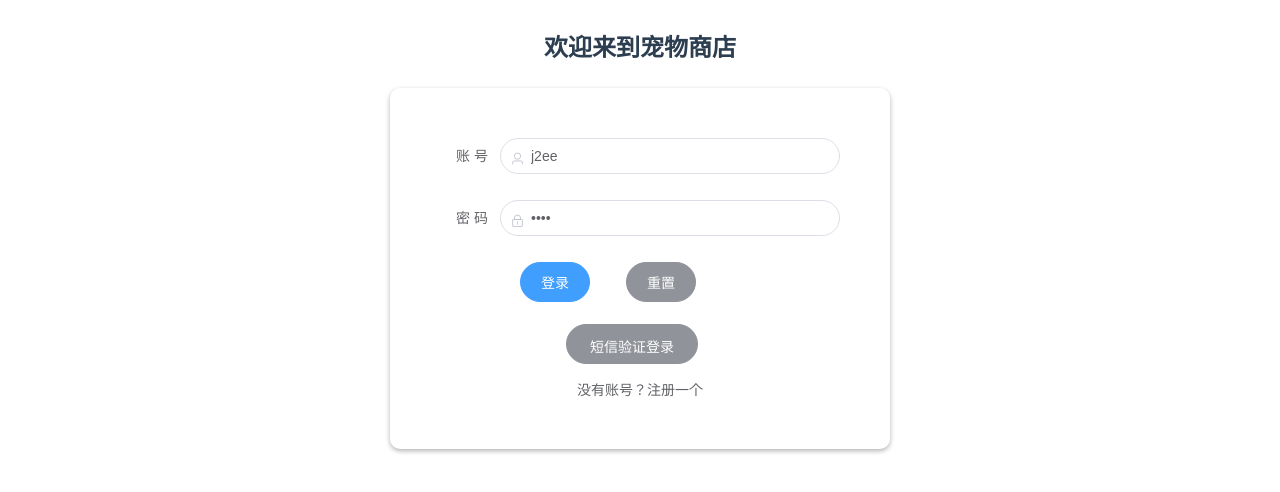
Repository: BreezeDoudou/hellovue
Page: /
These files come from the project's save history. The page is drawn as it stood at one moment and after the next save; the edit follows.
The browser window is 1280 px wide. The pictures show the whole page.
The project was rebuilt for these pictures with package versions that can differ from the ones it lists, and the page was loaded fresh each time. Also part of the build but not shown: src/components/appcomonents/test.vue, src/views/index.vue, src/components/appcomonents/navbar.vue, src/components/HelloWorld.vue, src/components/account/selfaccount.vue, src/components/account/editForm.vue, src/components/appcomonents/main.vue, src/components/appcomonents/productForm.vue and 4 more. Imported but missing from the stored project, and not drawn on this page: src/components/appcomonents/menu.vue.

Above is the page before, as saved 2023-05-18 23:27:41.

### index.html
<!DOCTYPE html>
<html>
  <head>
    <meta charset="utf-8">
    <meta name="viewport" content="width=device-width,initial-scale=1.0">
    <title>hellovue</title>
  </head>
  <body>
    <div id="app"></div>
    <!-- built files will be auto injected -->
  </body>
</html>

### src/main.js
// The Vue build version to load with the `import` command
// (runtime-only or standalone) has been set in webpack.base.conf with an alias.
import Vue from 'vue';
import ElementUI from 'element-ui';
import 'element-ui/lib/theme-chalk/index.css';
import App from './App.vue';
import router from './router'
import axios from 'axios'
Vue.use(ElementUI);

axios.defaults.baseURL='http://localhost:8080'
axios.defaults.withCredentials='true'

Vue.prototype.$http =axios
Vue.prototype.$userid =''
new Vue({
  el: '#app',
  router,
  template: '<App/>',
  components: { App }
});

### src/App.vue
<template>
  <div id="app">

    <el-container>
  <el-header><h2>欢迎来到宠物商店</h2>
     </el-header>
  <el-main><router-view></router-view></el-main>
</el-container>
    <!-- 路由占位符 -->


  </div>
</template>

<script>
import login from './components/account/login.vue'
import Views from './views/index.vue';
import navbar from './components/appcomonents/navbar.vue'
import menu from './components/appcomonents/menu.vue';
export default {
    name: "App",
    components: { Views ,navbar,login,menu}
}
</script>

<style>
#app {
  font-family: 'Avenir', Helvetica, Arial, sans-serif;
  -webkit-font-smoothing: antialiased;
  -moz-osx-font-smoothing: grayscale;
  text-align: center;
  color: #2c3e50;
  margin-top: 0px;
}
</style>

### src/router/index.js
import Vue from 'vue'
import Router from 'vue-router'
import login from '../components/account/login.vue'
import HelloWorld from '../components/HelloWorld.vue'
import register from '../components/account/register.vue'
import phone from '../components/account/loginbyphone.vue'
import index from '../views/index.vue'
import test from '../components/appcomonents/test.vue'
import selfaccount from '../components/account/selfaccount.vue'
import editForm from '../components/account/editForm.vue'
import main from '../components/appcomonents/main.vue'
import productForm from '../components/appcomonents/productForm.vue'
import itemForm from '../components/appcomonents/itemForm.vue'
import test1 from '../components/account/test1.vue'
import cart from '../components/appcomonents/cart.vue'
import order from '../components/appcomonents/order.vue'
Vue.use(Router)

export default new Router({
  mode: 'history',
  routes: [

    {

      path: '/hello',
      component: HelloWorld
    },
    {
      path: '/',
      component: login,
    },
    {
      path: '/phone',
      component: phone,
    },
    {
      path: '/register',
      component: register
    },
    {
      path:'/test',
      component:test
    },
    {
      path:'/test1',
      component:test1
    },
    {
      path:'/index',
      component:index,
      children:[
        {
          path:'/',
          component:main
        },
        {
          path:'/selfaccount',
          component:selfaccount
        },
        {
          path:'/edit',
          component:editForm
        },
        {
          path:'/productForm',
          component:productForm,
        },
        {
          path:'/itemForm',
          component:itemForm
        },
         {
          path:'/cart',
          component:cart
         },
         {
          path:'/order',
          component:order
         }
      ]
    }

  ]

})

### src/components/account/login.vue

  <template>

        <el-form :model="ruleForm" :rules="rules" ref="ruleForm" label-width="60px"  hide-required-asterisk size="medium"
     validate-on-rule-change>
    <el-form-item label="账  号" prop="username">
     <el-input v-model="ruleForm.username" prefix-icon="el-icon-user" ></el-input>
    </el-form-item>
    <el-form-item label="密  码" prop="password">
     <el-input v-model="ruleForm.password" prefix-icon= "el-icon-lock" type="password"></el-input>
    </el-form-item>
    <el-form-item id="button1">
        <el-button type="primary" round @click="onSubmit" >登录</el-button>
        <el-button type="info" round @click="resetForm">重置</el-button>
  </el-form-item>
  <el-button type="info" round @click="change">短信验证登录</el-button>
  <el-link href="/register" target="_blank">没有账号？注册一个</el-link>
  </el-form>

</template>
  <script>

    export default {
      data() {
        return {
            ruleForm: {
            username:'j2ee',
            password:'j2ee'

          },
          rules: {
          username: [
            { required: true, message: '请输入用户名', trigger: 'blur' },
            { min: 4, max: 10, message: '长度在 4 到 10 个字符', trigger: 'blur' }
          ],
          password: [
            { required: true, message: '密码不能为空', trigger: 'blur'}
          ],

        }
        }

      },
      methods: {
         resetForm(){
            console.log(this);
            this.$nextTick(() => {
        this.$refs['ruleForm'].resetFields();
      })
         },

        onSubmit() {
            this.$refs['ruleForm'].validate(async vali=>{
                if(!vali)return;
              const result= await this.$http.post('/Account',this.ruleForm);
              console.log(result.data)
              if(result.data.status!=0) this.$message({
          message: '账号或密码错误',
          type: 'warning'})
             else {this.$message({
          message: '登陆成功',
          type: 'success'})
          console.log(result.data.data.userid)
          this.$userid = result.data.data.userid;
          this.$router.push('/index?userid='+result.data.data.userid)

             }


            })
      },
      change(){
        this.$router.push('/phone')
      }

    }
}
  </script>
  <style>
.el-form {
    max-width: 400px;
    margin: 0 auto;
    padding: 50px;
    background-color: #fff;
    border-radius: 10px;
    box-shadow: 0 2px 5px rgba(0, 0, 0, 0.3);
  }

  /* 设置表单项之间的间距 */
  .el-form-item {
    margin-bottom: 30 px;
  }

  /* 利用 !important 强制更改样式的圆角为 20px */
  .el-input__inner,
  .el-button {
    border-radius: 20px !important;
  }

  /* 设置登录按钮样式 */
  .el-button[type="primary"] {
    width: 100%;
    height: 40px;
    border: none;
    margin-top: 30px;
    background-color: #1189FF;
  }

  /* 设置注册链接的样式 */
  .el-link {
    margin-top: 15px;
    display: block;
    text-align: center;
    color: #999;
  }

  /* 设置短信登录按钮的样式 */
  .el-button[type="info"] {
    height: 40px;
    margin-right: 10px;
  }

  .el-form-item.is-required:first-child .el-form-item__label {
    display: inline-block;
  }


  /* flex布局 */
  .el-form-item__content {
    display: flex;
    justify-content: space-between;
    align-items: center;
  }

  /* 调整input的宽度 */
  #authcode {
    width: 100%;
  }

  /* 设置发送验证码按钮位置 */
  .el-form-item__content .el-button {
    margin-left: 20px; /* 根据需要更改间距 */
  }

  #button1{
    display: flex;
  }

</style>

### src/components/account/register.vue
<template>
    <el-form :model="registerForm" :rules="rules" ref="registerForm" label-width="100px" size="medium"
        validate-on-rule-change hide-required-asterisk status-icon>
        <h1>注册你的账号</h1>
        <el-form-item label="账  号" prop="userid">
            <el-input v-model="registerForm.userid" prefix-icon="el-icon-user"></el-input>
        </el-form-item>
        <el-form-item label="密码" prop="password">
            <el-input v-model="registerForm.password"></el-input>
        </el-form-item>
        <el-form-item label="重复密码" prop="repetpassword">
            <el-input v-model="registerForm.repetpassword"></el-input>
        </el-form-item>
        <el-form-item label="邮箱" prop="email">
            <el-input v-model="registerForm.email"></el-input>
            <el-button type="primary" @click="send">发送验证码</el-button>
        </el-form-item>
        <el-form-item label="邮箱验证码" prop="authcode">
            <el-input v-model="registerForm.authcode"></el-input>
        </el-form-item>
        <el-form-item label="手机号" prop="phone">
            <el-input v-model="registerForm.phone"></el-input>
        </el-form-item>
        <el-form-item label="姓" prop="firstname">
            <el-input v-model="registerForm.firstname"></el-input>
        </el-form-item>
        <el-form-item label="名" prop="lastname">
            <el-input v-model="registerForm.lastname"></el-input>
        </el-form-item>
        <el-form-item label="地址一" prop="addr1">
            <el-input v-model="registerForm.addr1"></el-input>
        </el-form-item>
        <el-form-item label="地址二" prop="addr2">
            <el-input v-model="registerForm.addr2"></el-input>
        </el-form-item>
        <el-form-item label="城市" prop="city">
            <el-input v-model="registerForm.city"></el-input>
        </el-form-item>
        <el-form-item label="区域" prop="state">
            <el-input v-model="registerForm.state"></el-input>
        </el-form-item>
        <el-form-item label="是否为管理员" prop="status">
            <el-input v-model="registerForm.status"></el-input>
        </el-form-item>
        <el-form-item label="地区编号" prop="zip">
            <el-input v-model="registerForm.zip"></el-input>
        </el-form-item>
        <el-form-item label="国家" prop="country">
            <el-input v-model="registerForm.country"></el-input>
        </el-form-item>
        <el-form-item>
            <el-button type="primary" @click="onSubmit">立即创建</el-button>
            <el-button @click="back">返回登陆</el-button>
        </el-form-item>
    </el-form>
</template>

<script>
export default {
    data() {var validatePass2 = (rule, value, callback) => {
            if (value === '') {
                callback(new Error('请再次输入密码'));
            } else if (value !== this.registerForm.password) {
                callback(new Error('两次输入密码不一致!'));
            } else {
                callback();
            }
        };
        var validateUserid = (rule, value, callback) => {
            if (value === '') { callback(new Error('请输入账号')) }
            else {
                this.$http.get('/isAccountExit', {
                    params: {
                        account: value
                    }}).then(
                        success => {
                            console.log(success.data)
                            if(success.data.data==='账号已存在'){
                                callback(new Error('账号此存在'))
                            }
                            else{
                                callback()
                            }
                        }
                    )

            }

        };
        return {
            registerForm: {
                userid: 'test',
                password: 'test',
                lastname: 'test',
                email: '2210530985@qq.com',
                authcode: '4455',
                authcode_1: 'test',
                firstname: 'test',
                state: 'test',
                status: 'ok',
                repetpassword: 'test',
                city: 'test',
                country: 'test',
                zip: 'test',
                phone: '18710413658',
                addr1: 'test',
                addr2: 'test'
            },
            rules: {
                userid: [
                    {
                        validator: validateUserid, trigger: 'blur'
                    }
                ],

                phone: [
                    { required: true, message: '请输入手机号', trigger: 'blur' },
                    { min: 11, max: 11, message: '请输入正确的手机号', trigger: 'blur' }
                ],
                password: [
                    { required: true, message: '密码不能为空', trigger: 'blur' }
                ],
                lastname: [
                    { required: true, message: '名不能为空', trigger: 'blur' },
                ],
                email: [
                    { required: true, message: '邮箱不能为空', trigger: 'blur' },
                    { type: 'email', message: '请输入正确的邮箱地址', trigger: ['blur', 'change'] }
                ],
                authcode: [
                    { required: true, message: '验证码不能为空', trigger: 'blur' },
                ],
                firstname: [
                    { required: true, message: '姓氏不能为空', trigger: 'blur' },
                ], state: [
                    { required: true, message: '州不能为空', trigger: 'blur' },
                ], status: [
                    { required: true, message: '权限不能为空', trigger: 'blur' },
                ],
                country: [
                    { required: true, message: '国家不能为空', trigger: 'blur' },
                ],
                repetpassword: [
                    {
                        validator: validatePass2, trigger: 'blur'
                    }
                ]


            }
        };




    },
    methods: {
        onSubmit() {
            console.log(this.registerForm);
            this.$refs['registerForm'].validate(async vali=>{
             if(!vali)
               return;
               const result =await this.$http.post('/newAccount',this.registerForm,{
                params:{
                    authcode:this.registerForm.authcode,
                    password:this.registerForm.password
                }
               })
               console.log(result.data)
        })
    },
        back() {
            this.$router.push('/')
        },
        resetForm() {

            this.$nextTick(() => {
                this.$refs['registerForm'].resetFields();
            })
        },
        send(){
             if(this.registerForm.email!=''){
                this.$http.get('/email',{
                    params:{
                        email:this.registerForm.email}
                    }).then(
                        success=>{console.log(success.data),
                        this.$message({ message: '发送成功',
                            type: 'success'})}

                    )
                }
             }
        }
    }

</script>

<style>
/* 注册表单样式 */
.el-form {
  width: 600px;
  margin: 50px auto;
  padding: 30px;
  border-radius: 8px;
  box-shadow: 0 5px 20px rgba(0, 0, 0, 0.2);
  background-color: #ffffff;
}

/* 表单标题样式 */
.el-form h1 {
  margin-bottom: 18px;
  font-size: 24px;
  font-weight: bold;
}

/* 表单输入控件样式 */
.el-input {
  width: 100%;
  height: 40px;
  border-radius: 4px;
  font-size: 14px;
  line-height: 1.5;
}

/* 输入框prefix-icon样式 */
.el-input__prefix {
  color: #c0c4cc;
}

/* 发送验证码按钮样式 */
.el-button--primary {
  margin-left: 12px;
  height: 40px;
  line-height: 38px;
  font-size: 14px;
}

/* 按钮样式 */
.el-button {
  height: 40px;
  line-height: 20px;
  font-size: 14px;
  margin-right: 16px;
  border-radius: 4px;
}

/* 返回链接样式 */
.el-form-item__content > a {
  color: #409eff;
  font-size: 14px;
}

/* 错误提示样式 */
.el-form-item__error {
  font-size: 14px;
  color: #f56c6c;
}

/* 验证成功图标样式 */
.el-icon-check {
  color: #67c23a;
}

/* 验证失败图标样式 */
.el-icon-close {
  color: #f56c6c;
}

.el-form-item__content {
  display: flex;
  align-items: center;
}

.el-input {
  flex: 1; /* 占据剩余空间 */
}

.el-button--primary {
  margin-left: 10px;
}
</style>

### src/components/account/loginbyphone.vue
<template>
    <el-form :model="ruleForm" :rules="rules" ref="ruleForm" label-width="60px" hide-required-asterisk size="medium"
        validate-on-rule-change>
        <el-form-item label="手机号" prop="phone">
            <el-input v-model="ruleForm.phone" prefix-icon="el-icon-phone"></el-input>
        </el-form-item>
        <el-form-item label="验证码" prop="authcode">
            <el-input v-model="ruleForm.authcode" prefix-icon="el-icon-s-promotion" id="authcode"></el-input>
            <el-button type="primary" round @click="send" size="small">发送验证码</el-button>
        </el-form-item>
        <el-form-item id="button1">
            <el-button type="primary" round @click="onSubmit">登录</el-button>
            <el-button type="info" round @click="resetForm">重置</el-button>
        </el-form-item>
        <el-button type="info" round @click="change">账号密码登录</el-button>
        <el-link href="/register" target="_blank">没有账号？注册一个</el-link>
    </el-form>
</template>
<script>

export default {
    data() {
        return {
            ruleForm: {
                phone: '18710413658',
                authcode: '',
                authcode_1: ''
            },
            rules: {
                phone: [
                    { required: true, message: '请输入手机号', trigger: 'blur' },
                    { min: 11, max: 11, message: '请输入正确的手机号', trigger: 'blur' }
                ],
                password: [
                    { required: true, message: '验证码不能为空', trigger: 'blur' },
                    { min: 4, max: 4, message: '请输入正确的验证码', trigger: 'blur' }
                ],

            }
        }

    },
    methods: {
        resetForm() {
            console.log(this);
            this.$nextTick(() => {
                this.$refs['ruleForm'].resetFields();
            })
        },

        onSubmit() {
            this.$refs['ruleForm'].validate(async vali => {
                if (!vali) return;
                const result = await this.$http.get('/Phone', {
                    params: {
                        Phone: this.ruleForm.phone,
                        Authcode: this.ruleForm.authcode
                    }
                });
                console.log(result.data)
                if (result.data.status != 0) this.$message({
                    message: '验证码错误',
                    type: 'warning'
                })
                else this.$message({
                    message: '登陆成功',
                    type: 'success'
                })
            })
        },

        change() {
            this.$router.push('/')
        },
        send() {
            if (this.ruleForm.phone != '' && this.ruleForm.phone.length == 11) {
                this.$http.get('/message', {
                    params: {
                        Phone: this.ruleForm.phone
                    }
                }).then(
                    succuess => {
                        console.log(succuess.data)
                        this.ruleForm.authcode_1 = 3344
                        this.$message({
                            message: '发送成功',
                            type: 'success'
                        })
                    }
                )

            }

        }


    }
}
</script>
<style>
.el-form {
    max-width: 400px;
    margin: 0 auto;
    padding: 50px;
    background-color: #fff;
    border-radius: 10px;
    box-shadow: 0 2px 5px rgba(0, 0, 0, 0.3);
  }

  /* 设置表单项之间的间距 */
  .el-form-item {
    margin-bottom: 30 px;
  }

  /* 利用 !important 强制更改样式的圆角为 20px */
  .el-input__inner,
  .el-button {
    border-radius: 20px !important;
  }

  /* 设置登录按钮样式 */
  .el-button[type="primary"] {
    width: 100%;
    height: 40px;
    border: none;
    margin-top: 30px;
    background-color: #1189FF;
  }

  /* 设置注册链接的样式 */
  .el-link {
    margin-top: 15px;
    display: block;
    text-align: center;
    color: #999;
  }

  /* 设置短信登录按钮的样式 */
  .el-button[type="info"] {
    height: 40px;
    margin-right: 10px;
  }

  .el-form-item.is-required:first-child .el-form-item__label {
    display: inline-block;
  }

  /* flex布局 */
  .el-form-item__content {
    display: flex;
    justify-content: space-between;
    align-items: center;
  }

  /* 调整input的宽度 */
  #authcode {
    width: 100%;
  }

  /* 设置发送验证码按钮位置 */
  .el-form-item__content .el-button {
    margin-left: 20px; /* 根据需要更改间距 */
  }

  #button1{
    display: flex;
    align-items: center;
  }
</style>

After the next save:
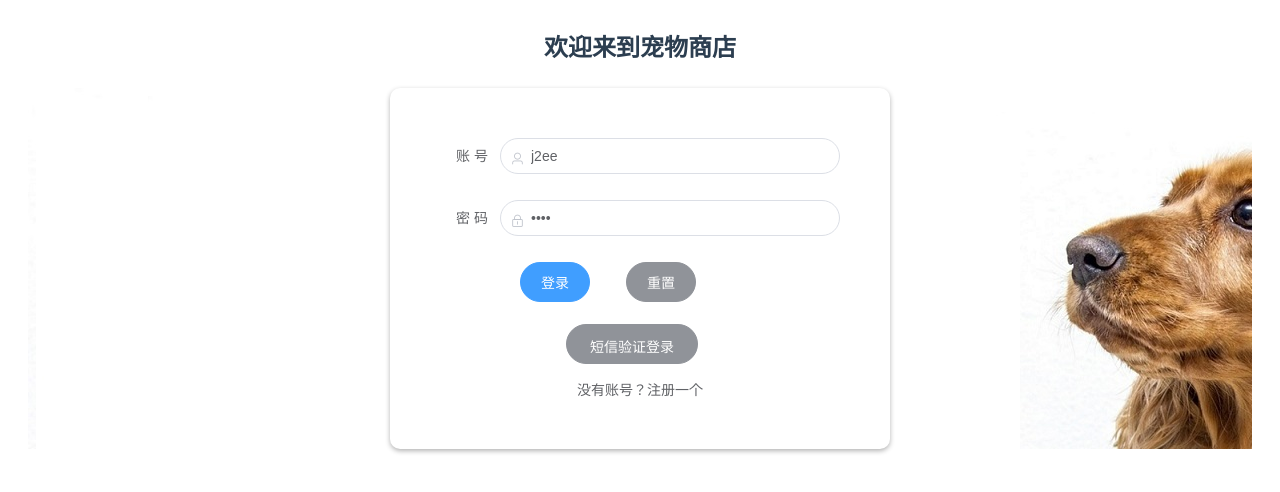
Saved 15 min 3 s later.
--- a/src/components/account/login.vue
+++ b/src/components/account/login.vue
@@ -1,7 +1,7 @@
 
   <template>
-
-        <el-form :model="ruleForm" :rules="rules" ref="ruleForm" label-width="60px"  hide-required-asterisk size="medium"
+<div id="background">
+  <el-form :model="ruleForm" :rules="rules" ref="ruleForm" label-width="60px"  hide-required-asterisk size="medium"
      validate-on-rule-change>
     <el-form-item label="账  号" prop="username">
      <el-input v-model="ruleForm.username" prefix-icon="el-icon-user" ></el-input>
@@ -16,6 +16,7 @@
   <el-button type="info" round @click="change">短信验证登录</el-button>
   <el-link href="/register" target="_blank">没有账号？注册一个</el-link>
   </el-form>
+</div>
 
 </template>
   <script>
@@ -146,4 +147,7 @@
     display: flex;
   }
 
+  #background{
+    background-image: url("~@/assets/background.jpg");
+}
 </style>
